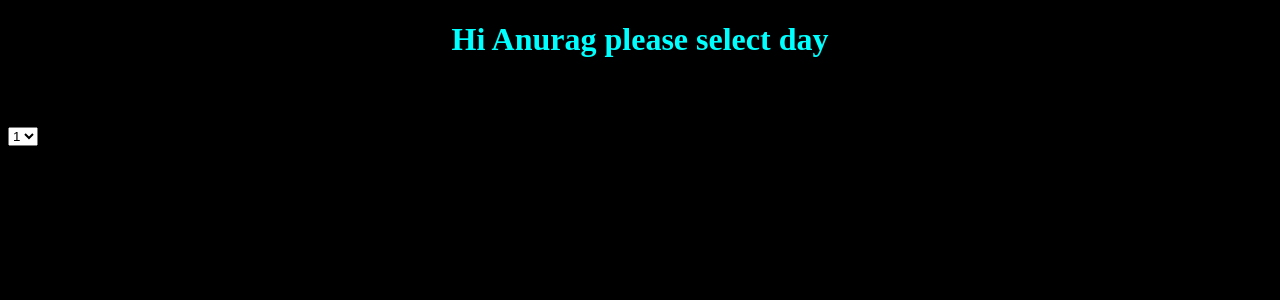
Repository: parveen95887/salesforceTest
Page: index.html
An editor plug-in stored every save of this project. The page is shown before and after the next save, followed by the edit.
The browser window is 1280 px wide. The pictures show the whole page.

Above is the page before, as saved 2024-08-27 16:34:54.

After the next save:
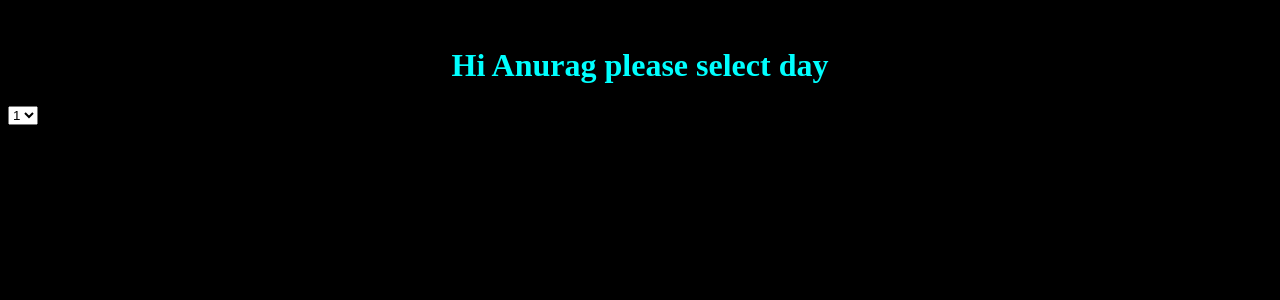
Saved 2 min 59 s later.
--- a/index.html
+++ b/index.html
@@ -7,8 +7,8 @@
     <link rel="stylesheet" href="style.css">
 </head>
 <body>
-    <h1>Hi Anurag please select day</h1>
-    <h2 id="heading">asa</h2>
+    h1
+    <h1 id="heading">Hi Anurag please select day</h1>
     <script src="myscript.js"></script>
     <select id="selday">
         <option value="1">1</option>
